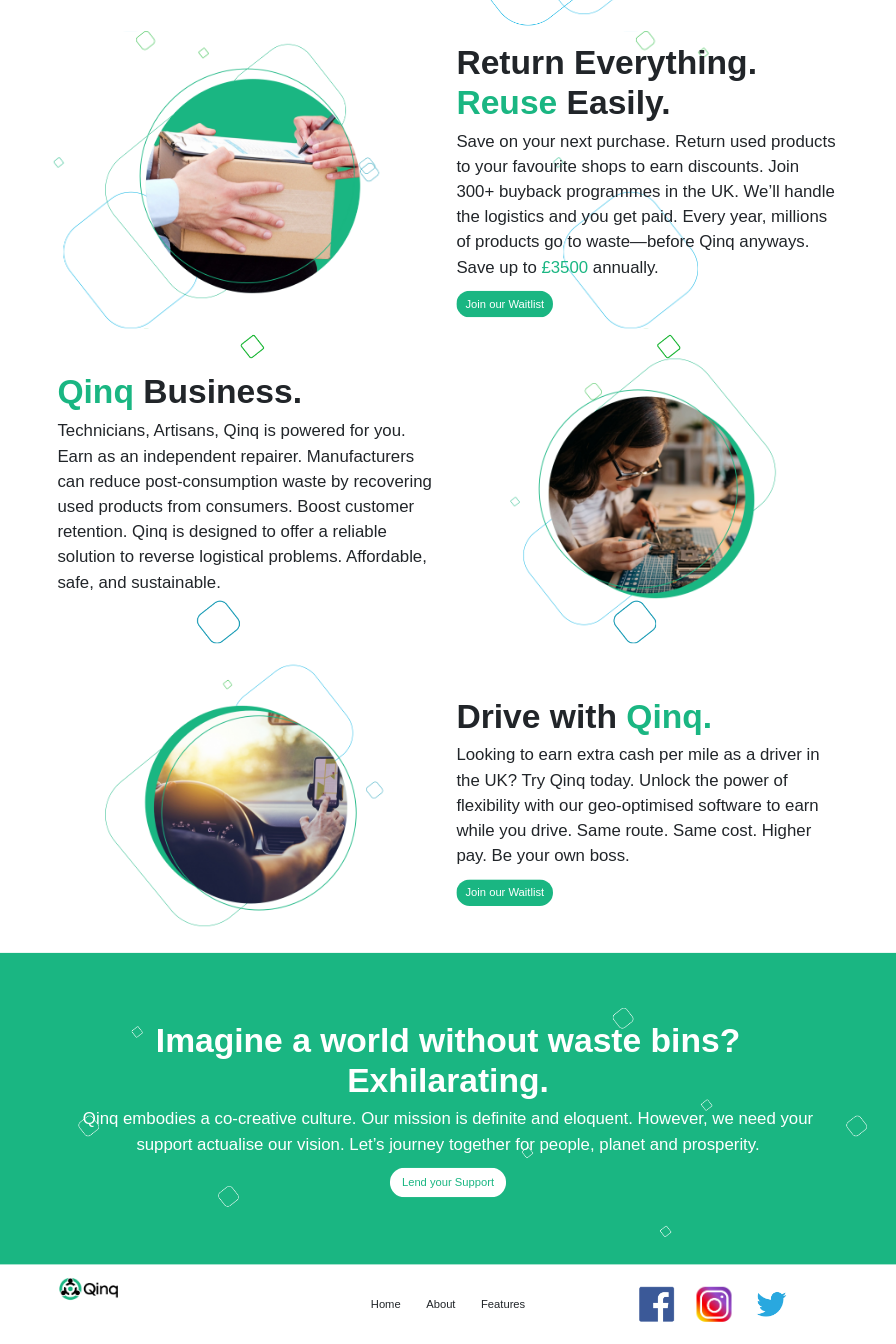
Repository: HelloQinq2023/qinq.github.io
Page: index.html
These files come from the project's save history. The page is drawn as it stood at one moment and after the next save; the edit follows.
The browser window is 1280 px wide. The pictures show the part of the page from y = 1816 to 3736 px (the page is 3736 px tall before and 3716 px after), at 70% of full size.
Backgrounds fixed to the window are drawn as part of the page. Some web fonts or font styles are not loaded; a fallback is used.

Above is the page before, as saved 2023-02-23 12:42:39.

### index.html
<!doctype html>
<html lang="en">
  <head>
    <meta charset="utf-8">
    <meta name="viewport" content="width=device-width, initial-scale=1">
    <title>Qinq</title>
    <link href="https://cdn.jsdelivr.net/npm/bootstrap@5.3.0-alpha1/dist/css/bootstrap.min.css" rel="stylesheet" integrity="sha384-GLhlTQ8iRABdZLl6O3oVMWSktQOp6b7In1Zl3/Jr59b6EGGoI1aFkw7cmDA6j6gD" crossorigin="anonymous">
    <link rel="stylesheet" type="text/css" href="css/style.css" />
    <link rel="icon" href="images/fav/favicon.ico" sizes="16x16" />

  </head>
  <body>
    <nav class="navbar navbar-expand-lg bg-body-tertiary" style="z-index:2">
        <div class="container">
          <a class="navbar-brand" href="#"><img src="images/logo.png" class="w-50"></a>
          <button class="navbar-toggler" type="button" data-bs-toggle="collapse" data-bs-target="#navbarNav" aria-controls="navbarNav" aria-expanded="false" aria-label="Toggle navigation">
            <span class="navbar-toggler-icon"></span>
          </button>
          <div class="collapse navbar-collapse" id="navbarNav">
            <ul class="navbar-nav ms-auto">
              <li class="nav-item">
                <a class="nav-link active" aria-current="page" href="#">Home</a>
              </li>
              <li class="nav-item">
                <a class="nav-link" href="#">About</a>
              </li>
              <li class="nav-item">
                <a class="nav-link" href="#">Features</a>
              </li>
            </ul>
          </div>
        </div>
      </nav>

      <section id="hero" style="background:url('images/herobg.png'), rgba(26,182,130, 0.16);  background-size:contain; background-repeat: no-repeat;  background-attachment: fixed; background-position: center;" class="py-5">
        <div class="container py-5">
            <div class="row">
                <div class="col-md-6">
                    <h1 class="display-3" style="font-weight:600">
                        <span class="green">Repair</span> Anything. <br>
                        <span class="green">Reuse</span> Everything.<br>
                        <span class="green">Dispose</span> Nothing.
                    </h1>
                    <p class="mt-4 h5" >Use products longer and better.
                        Fashion, Electronics, Furnitures—Shop eco-friendly products. Locate reliable independent technicians near you. Get rid of your waste bins.</p>

                        <button class="btn mt-4 rounded-pill greenbg text-white btn-lg btn-outline-0" type="button" data-bs-toggle="modal" data-bs-target="#exampleModal">Join Waitlist</button>

                </div>
                <div class="col-md-6 d-flex justify-content-center align-items-center ">
                    <img src="images/wm2.png" style="position:absolute; top:10; right:0; width:600px; float:right" class="d-none d-md-block">
                </div>
            </div>
        </div>
      </section>

      <section id="about"  class="pt-5 mt-2">
        <div class="container py-5 mt-5" style="background:url('images/about1section.png'); background-size:contain">
            <div class="row">
                <div class="col-md-6 d-flex justify-content-center align-items-center">
                    <img src="images/about1.png" class="w-75 img-fluid img-responsive img">
                </div>
                <div class="col-md-6 d-flex justify-content-center align-items-center">
                    <div>
                        <h2 class="display-5" style="font-weight:600">About<span class="green"> Qinq</span></h2>
                        <p>Qinq extends your favourite products’ lifespans with the magic of now.
                            Originating from “kink” meaning “a sharp curve in something that is otherwise straight”. Similarly, Qinq closes the product use loops—repair and reuse easily. Endless possibilities to earn, save and share.</p>
                    </div>
                </div>
            </div>
        </div>


        <div class="container py-3 mt-2" style="background:url('images/about2section.png'); background-size:contain">
            <div class="row">
                <div class="col-md-6 d-flex justify-content-center align-items-center">
                    <div>
                        <h2 class="display-5" style="font-weight:600">Don’t Bin It. <span class="green">Qinq</span> it.</h2>
                        <p>Furnitures, Electronics, Fashion.
                            Many abandoned products are easily fixable. Qinq ensures they last longer— for both the environment and your wallet.
                            Repair with your favourite brands and 1000+ verified affordable independent technicians at your fingertips.
                            <br>
                            Request a pick up at the incredible speed of now.</p>
                            <button class="btn greenbg text-white rounded-pill"> Join our Waitlist</button>
                    </div>
                </div>
                <div class="col-md-6 d-flex justify-content-center align-items-center">
                    <img src="images/about2.png" class="w-75 img-fluid img-responsive img">
                </div>
            </div>

        </div>
      </section>

      <section id="features">
        <div class="container py-3 mt-2" style="background:url('images/about2section.png'); background-size:contain; background-position:50% 50%">
            <div class="row">
                <div class="col-md-6 d-flex justify-content-center align-items-center">
                    <img src="images/features.png" class="w-75 img-fluid img-responsive img">
                </div>
                <div class="col-md-6 d-flex justify-content-center align-items-center">
                    <div>
                        <h2 class="display-5" style="font-weight:600">Return Everything.<span class="green"> Reuse</span> Easily.</h2>
                        <p>Save on your next purchase. Return used products to your favourite shops to earn discounts. Join 300+ buyback programmes in the UK. We’ll handle the logistics and you get paid.
                            Every year, millions of products go to waste—before Qinq anyways. Save up to <span class="green">£3500</span> annually.</p>

                            <button class="btn greenbg text-white rounded-pill"> Join our Waitlist</button>
                    </div>
                </div>
            </div>
        </div>

        <div class="container py-3 mt-2" style="background:url('images/features2bg.png'); background-size:contain; background-position:center 10%">
            <div class="row">
                <div class="col-md-6 d-flex justify-content-center align-items-center">
                    <div>
                        <h2 class="display-5" style="font-weight:600"><span class="green">Qinq</span> Business.</h2>
                        <p>Technicians, Artisans, Qinq is powered for you. Earn as an independent repairer.
                            Manufacturers can reduce post-consumption waste by recovering used products from consumers. Boost customer retention. Qinq is designed to offer a reliable solution to reverse logistical problems. Affordable, safe, and sustainable.</p>
                    </div>
                </div>
                <div class="col-md-6 d-flex justify-content-center align-items-center">
                    <img src="images/features1.png" class="w-75 img-fluid img-responsive img">
                </div>
            </div>

        </div>


        <div class="container py-3 mt-2">
            <div class="row">
                <div class="col-md-6 d-flex justify-content-center align-items-center">
                    <img src="images/features2.png" class="w-75 img-fluid img-responsive img">
                </div>
                <div class="col-md-6 d-flex justify-content-center align-items-center">
                    <div>
                        <h2 class="display-5" style="font-weight:600">Drive with<span class="green"> Qinq.</span></h2>
                        <p>Looking to earn extra cash per mile as a driver in the UK? Try Qinq today.
                            Unlock the power of flexibility with our geo-optimised software to earn while you drive.
                            Same route. Same cost. Higher pay. Be your own boss.</p>

                            <button class="btn greenbg text-white rounded-pill"> Join our Waitlist</button>
                    </div>
                </div>
            </div>
        </div>
      </section>

      <section id="imagine" class="py-5" style="background-image:url('images/footerbg.png'); background-size:contain">
        <div class="container text-center py-5 text-white">
            <h2 class="display-5" style="font-weight:600">Imagine a world without waste bins? Exhilarating.</h2>
            <p>Qinq embodies a co-creative culture.
                Our mission is definite and eloquent. However, we need your support actualise our vision. Let’s journey together for people, planet and prosperity.</p>
                <button class="btn bg-white green rounded-pill py-2 px-3">Lend your Support</button>
        </div>
      </section>

      <section id="footer">
       <div class="container py-3">
        <div class="row">
          <div class="col-md-4">
            <a class="navbar-brand" href="#"><img src="images/logo.png" class="w-25"></a>
          </div>

          <div class="col-md-4 d-flex justify-content-center align-items-center">
            <div class="d-none d-md-block">
              <div class="d-inline p-3">Home</div>
              <div class="d-inline p-3">About</div>
              <div class="d-inline p-3">Features</div>
            </div>

            <div class="d-block d-md-none">
              <span class="d-block p-2">Home</span>
              <span class="d-block p-2">About</span>
              <span class="d-block p-2">Features</span>
            </div>
          </div>

          <div class="col-md-4 d-flex justify-content-center align-items-center">
              <div class="d-inline p-3"><img src="images/fb.png" width="50" height="50"></div>
              <div class="d-inline p-3"><img src="images/ig.png" width="50" height="50"></div>
              <div class="d-inline p-3"><img src="images/twitter.png" width="50" height="50"></div>
          </div>
        </div>
       </div>
      </section>
      <!----MODAL-->
      <div class="modal fade" id="exampleModal" tabindex="-1" role="dialog" aria-labelledby="exampleModalLabel" aria-hidden="true">
        <div class="modal-dialog" role="document">
          <div class="modal-content">
            <div class="modal-header">
              <h5 class="modal-title" id="exampleModalLabel">Form</h5>
              <button type="button" class="close" data-dismiss="modal" aria-label="Close">
                <span aria-hidden="true">&times;</span>
              </button>
            </div>
            <form>
            <div class="modal-body">
                    <div class="form-group">
                      <label for="exampleInputEmail1">Name</label>
                      <input type="text" class="form-control" id="exampleInputEmail1" aria-describedby="emailHelp" placeholder="Enter Name">
                      <small id="emailHelp" class="form-text text-muted">We'll like to know you on a more friendly basis</small>
                    </div>

                    <div class="form-group">
                      <label for="exampleInputEmail1">Email address</label>
                      <input type="email" class="form-control" id="exampleInputEmail1" aria-describedby="emailHelp" placeholder="Enter email">
                      <small id="emailHelp" class="form-text text-muted">We'll never share your email with anyone else.</small>
                    </div>

                    <label></label>
                    <select class="form-select" aria-label="Default select example">
                        <option selected>Use Longer</option>
                        <option value="1">Repairer</option>
                        <option value="2">Business</option>
                        <option value="3">Drive</option>
                      </select>
            </div>
            <div class="modal-footer">
              <button type="button" class="btn btn-secondary" data-dismiss="modal">Close</button>
              <button type="button" class="btn btn-primary">Submit</button>
            </div>
        </form>
          </div>
        </div>
      </div>
    </body>
    <script src="https://code.jquery.com/jquery-3.6.3.js" integrity="sha256-nQLuAZGRRcILA+6dMBOvcRh5Pe310sBpanc6+QBmyVM=" crossorigin="anonymous"></script>
    <script src="https://cdn.jsdelivr.net/npm/@popperjs/core@2.11.6/dist/umd/popper.min.js" integrity="sha384-oBqDVmMz9ATKxIep9tiCxS/Z9fNfEXiDAYTujMAeBAsjFuCZSmKbSSUnQlmh/jp3" crossorigin="anonymous"></script>
<script src="https://cdn.jsdelivr.net/npm/bootstrap@5.3.0-alpha1/dist/js/bootstrap.min.js" integrity="sha384-mQ93GR66B00ZXjt0YO5KlohRA5SY2XofN4zfuZxLkoj1gXtW8ANNCe9d5Y3eG5eD" crossorigin="anonymous"></script></html>

### css/style.css
@import url('https://fonts.cdnfonts.com/css/mont');

body{
	font-family: 'Mont', sans-serif;
}

p{
	font-weight:normal;
	font-size:24px;
	line-height:36px
}
.green{
    color:#1ab682
}

.greenbg{
    background-color: #1ab682;
}

.bounce{
    animation: bounce 5s infinite;
	-webkit-animation: bounce 5s infinite;
	-moz-animation: bounce 2s infinite;
	-o-animation: bounce 2s infinite;
}

@-webkit-keyframes bounce {
	0%, 20%, 50%, 80%, 100% {-webkit-transform: translateY(0);}
	40% {-webkit-transform: translateY(-30px);}
}

@-moz-keyframes bounce {
	0%, 20%, 50%, 80%, 100% {-moz-transform: translateY(0);}
}

@-o-keyframes bounce {
	0%, 20%, 50%, 80%, 100% {-o-transform: translateY(0);}
}
@keyframes bounce {
	0%, 20%, 50%, 80%, 100% {transform: translateY(0);}
	40% {-webkit-transform: translateY(-30px);}
}

After the next save:
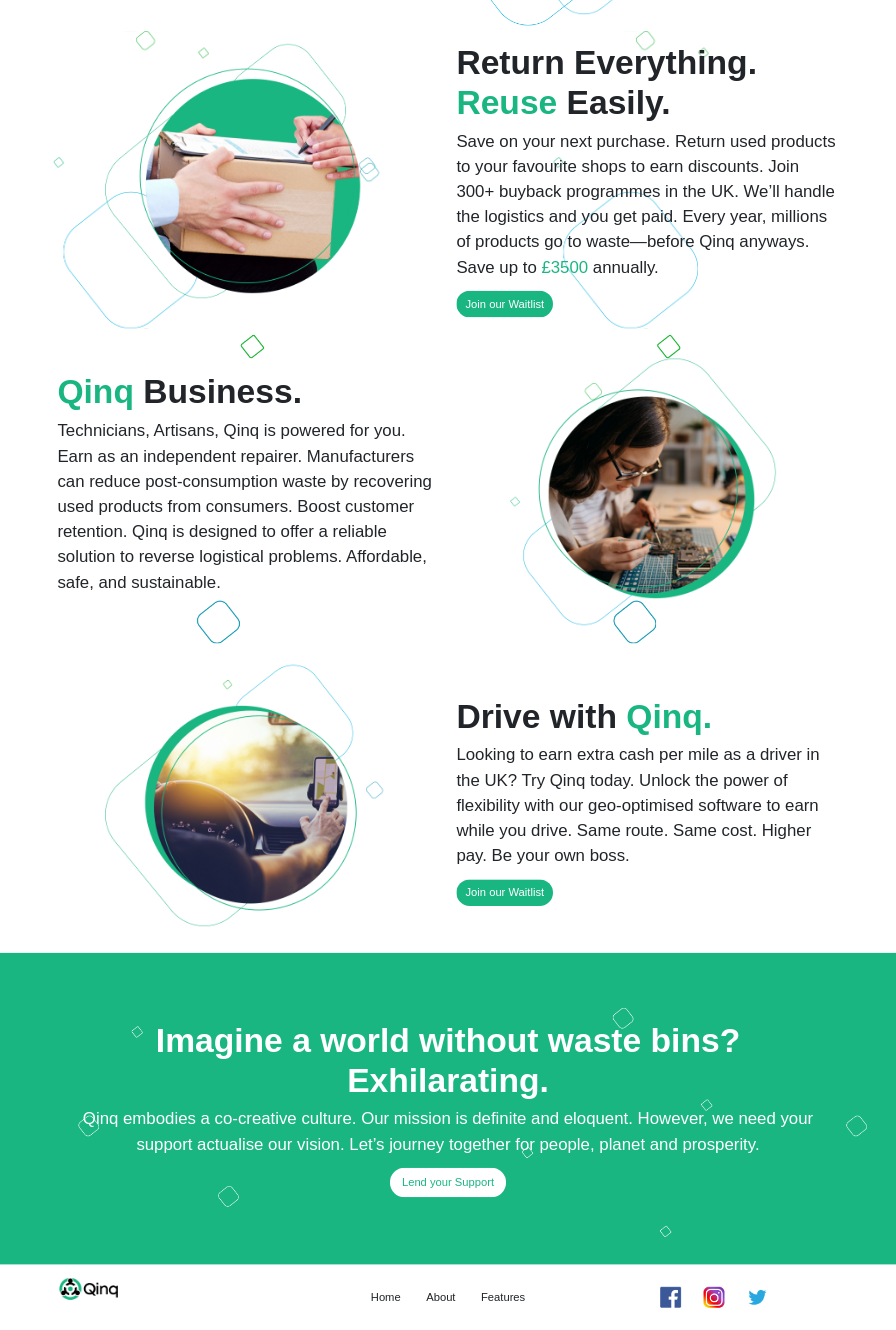
Saved 26 s later.
--- a/index.html
+++ b/index.html
@@ -177,9 +177,9 @@
           </div>
 
           <div class="col-md-4 d-flex justify-content-center align-items-center">
-              <div class="d-inline p-3"><img src="images/fb.png" width="50" height="50"></div>
-              <div class="d-inline p-3"><img src="images/ig.png" width="50" height="50"></div>
-              <div class="d-inline p-3"><img src="images/twitter.png" width="50" height="50"></div>
+              <div class="d-inline p-3"><img src="images/fb.png" width="30" height="30"></div>
+              <div class="d-inline p-3"><img src="images/ig.png" width="30" height="30"></div>
+              <div class="d-inline p-3"><img src="images/twitter.png" width="30" height="30"></div>
           </div>
         </div>
        </div>
